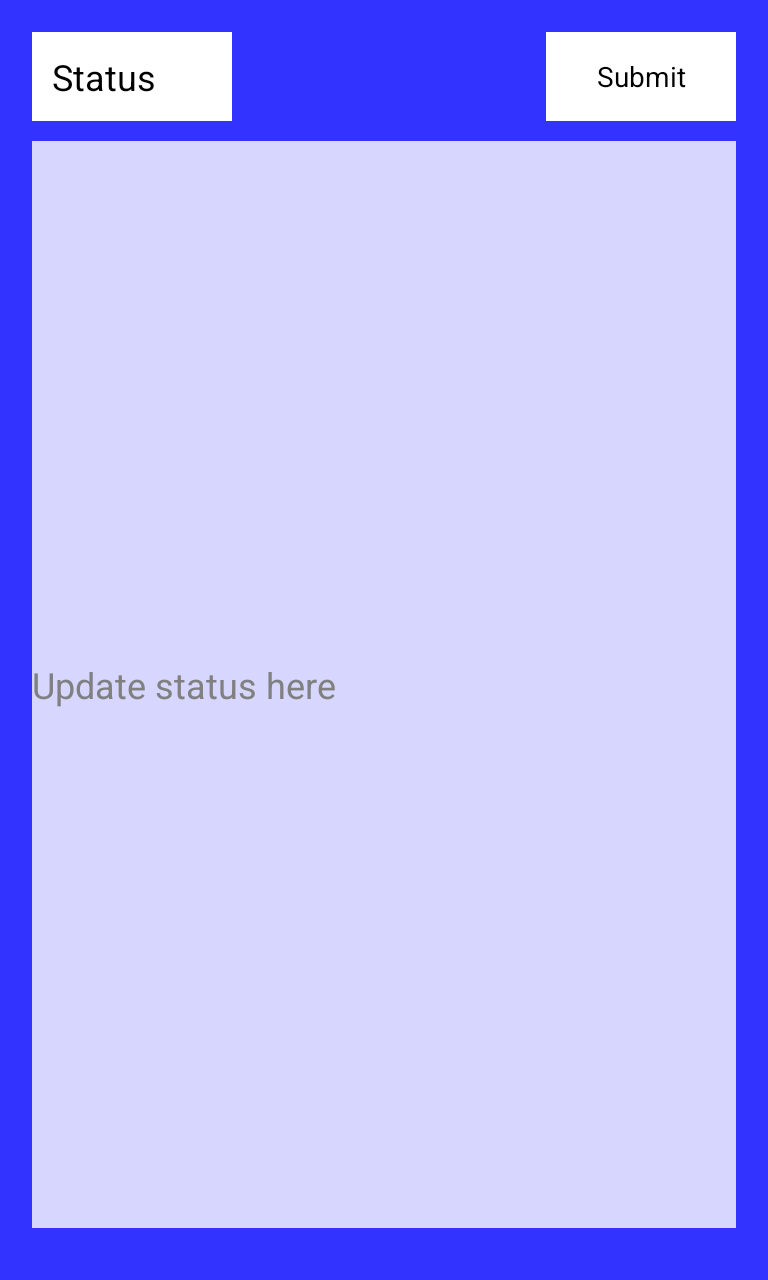
Repository: vamsiampolu/androidworkspace
Layout: YambaProject/res/layout/activity_main.xml
These files come from the project's save history. The layout is drawn as it stood at one moment and after the next save; the edit follows.
It is drawn on a 768 x 1280 px phone screen (xhdpi) without system bars, with theme android:Theme.Light; the app's code is not run.

Above is the layout before, as saved 2013-05-09 09:27:22.

After the next save:
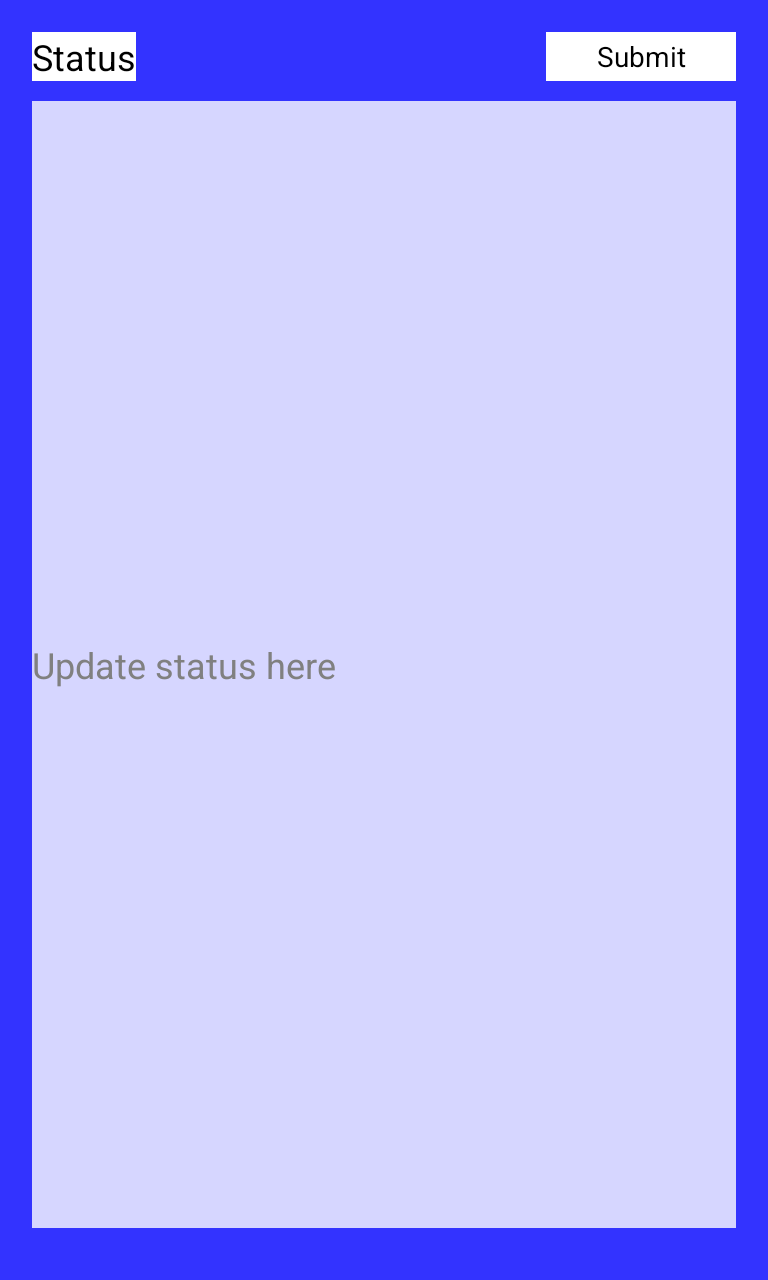
Saved 37 s later.
--- a/YambaProject/res/values/my_style.xml
+++ b/YambaProject/res/values/my_style.xml
@@ -2,10 +2,10 @@
 <resources xmlns:android="http://schemas.android.com/apk/res/android">
 
     <style name="txt_style">
-        <item name="android:layout_width">100</item>
+        <item name="android:layout_width">wrap_content</item>
         <item name="android:layout_height">wrap_content</item>
         <item name="android:background">#FFF</item>
-        <item name="android:padding">10dp</item>
+
         <item name="android:textAppearance">?android:attr/textAppearanceMedium</item>
     </style>
 
